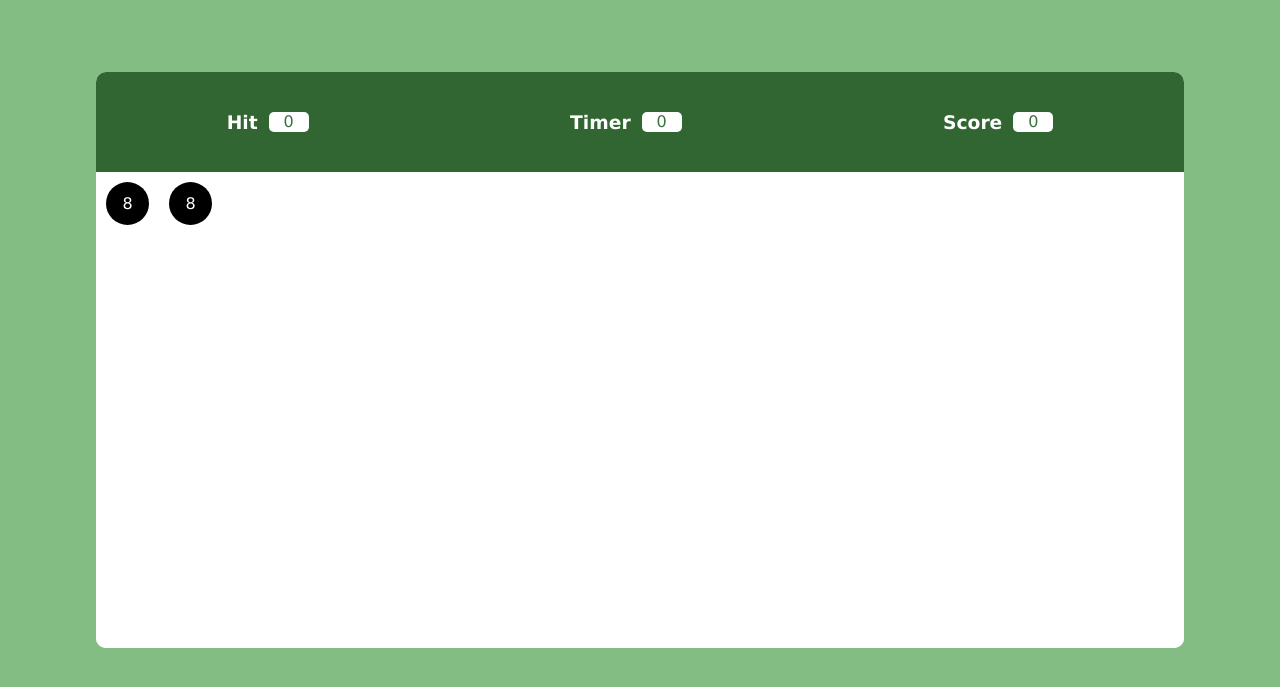
Repository: ketansharma22/BubbleGame
Page: index.html
These files come from the project's save history. The page is drawn as it stood at one moment and after a run of saves; the edit follows.
The browser window is 1280 px wide. The pictures show the whole page.

Above is the page before, as saved 2024-02-18 23:15:31.

### index.html
<!DOCTYPE html>
<html lang="en">
<head>
    <meta charset="UTF-8">
    <meta name="viewport" content="width=device-width, initial-scale=1.0">
    <title>BubbleGame</title>
    <link rel="stylesheet" href="styles.css">
</head>
<body>
    <div class="main">
        <div class="show">
            <div class="upper">
                <div class="hit" id="sameee">
                    <h3>Hit</h3>
                    <div class="box">0</div>
                </div>
                <div class="timer" id="sameee">
                    <h3>Timer</h3>
                    <div class="box">0</div>
                </div>
                <div class="score" id="sameee">
                    <h3>Score</h3>
                    <div class="box">0  </div>
                </div>
            </div>

            <div class="lower">
                <div class="bubble">8</div><div class="bubble">8</div>
            </div>
        </div>
    </div>
</body>
</html>

### styles.css
*{
    margin: 0;
    padding: 0;
    box-sizing: border-box;
    font-family:Verdana, Geneva, Tahoma, sans-serif
}
html,body{
    width: 100%;
    height: 100%;
}
.main{
    display: flex;
    justify-content: center;
    align-items: center;
    width: 100%;
    height: 100%;
    background-color: rgb(132, 189, 132);
}
.show{
    width: 85%;
    height: 80%;
    background-color: #fff;
    border-radius: 10px;
    overflow: hidden;
}
.upper{
    width: 100%;
    height: 100px;
    background-color:rgb(49, 102, 51);
    color: white;
    display: flex;
    align-items: center;
    justify-content: space-around;
}
.box{
    width: 40px;
    background-color: white;
    color:rgb(60, 112, 60);
    display: flex;
    justify-content: center;
    align-items: center;
    height: 20px;
    border-radius: 5px;
}
#sameee{
    display: flex;
    gap: 11px;
}


.lower{
    width: 100%;
    height: calc(100% - 100px);
    background-color: white;
    display: flex;
    flex-wrap: wrap;
}
.bubble{
    width: 43px;
    background-color: black;
    color: white;
    height: 43px;
    border-radius: 50%;
    display: flex;
    justify-content: center;
    align-items: center;
    margin: 10px;
    gap: px;
}

After the next 2 saves:
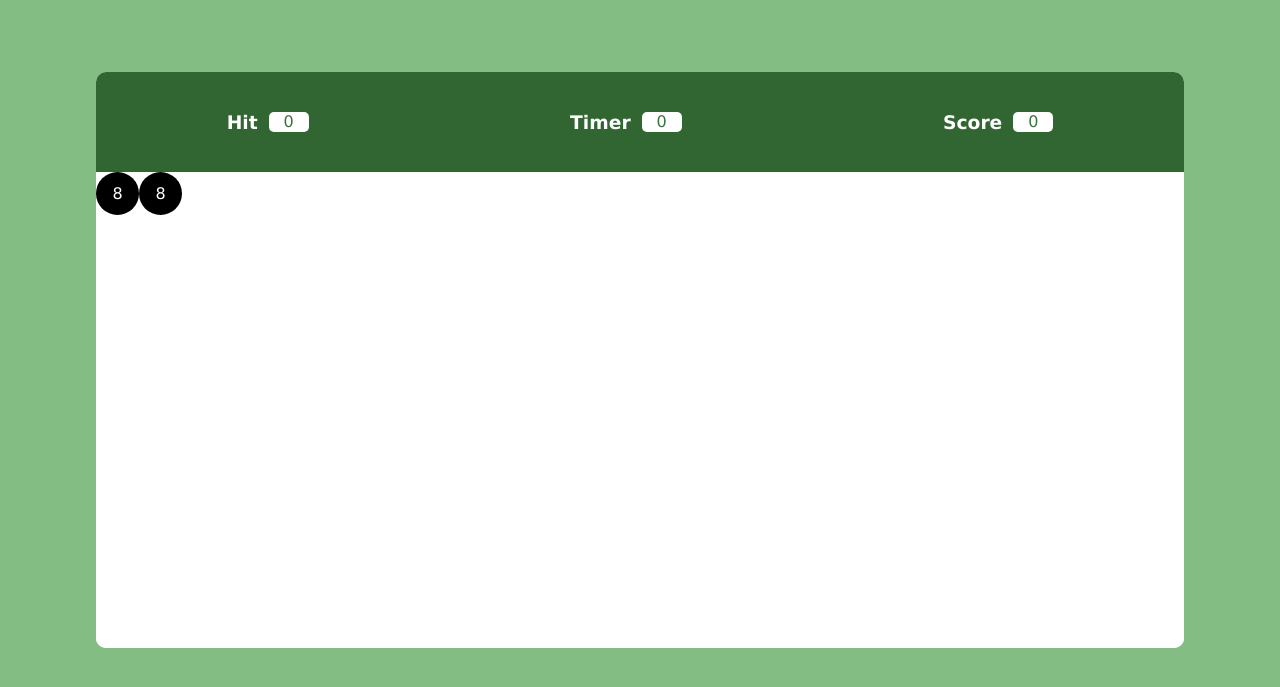
The 2 saves are shown as one change because they came seconds apart.
The last was saved 18 s later.
--- a/styles.css
+++ b/styles.css
@@ -64,6 +64,6 @@ html,body{
     display: flex;
     justify-content: center;
     align-items: center;
-    margin: 10px;
+    margin: 0,10 px;
     gap: px;
 }
